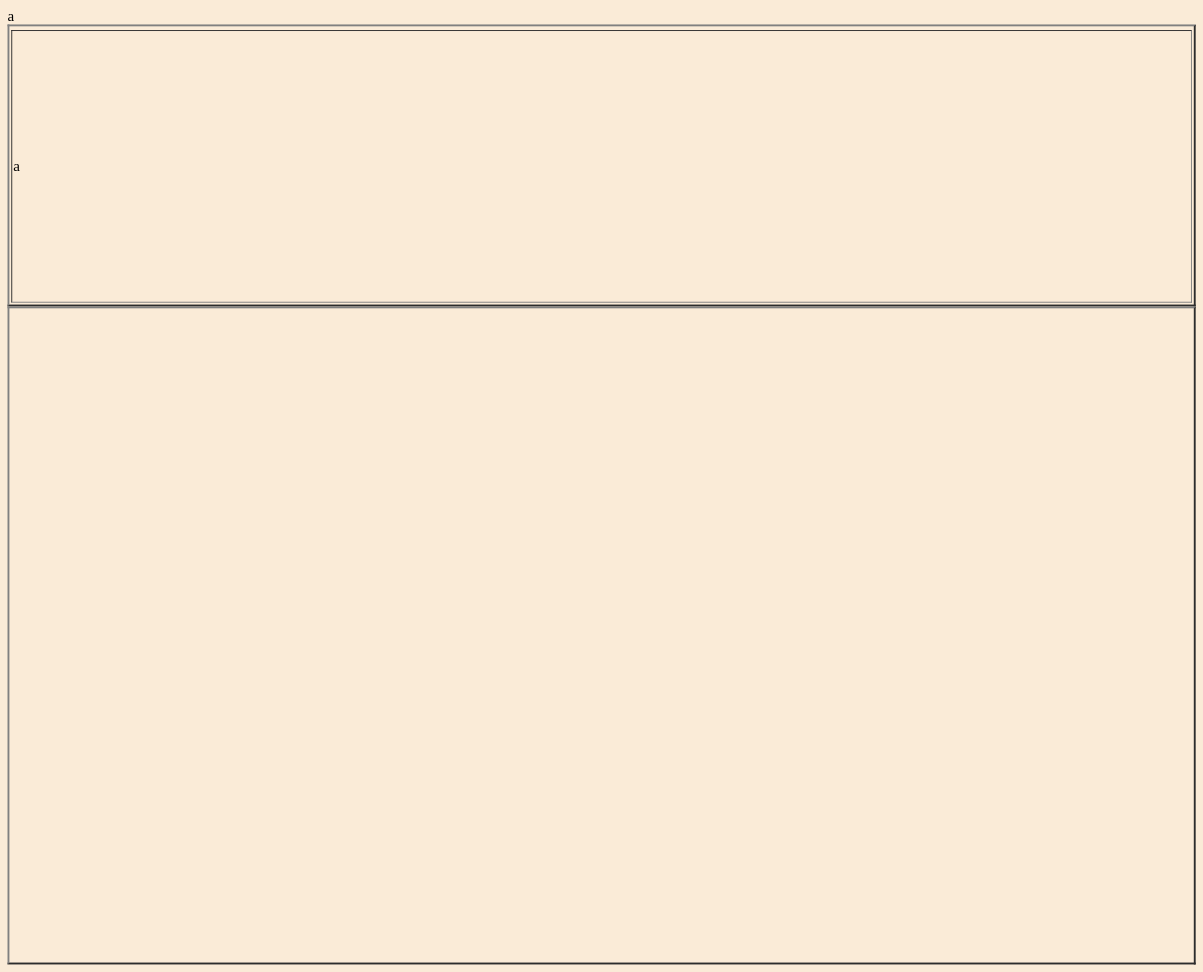
Repository: DAXMZB/Project
Page: http://localhost/SP2/
These files come from the project's save history. The page is drawn as it stood at one moment and after the next save; the edit follows.
The browser window is 1280 px wide. The pictures show the whole page, at 94% of full size.
The page is served by Tomcat 9. Other server files are loaded and not shown.

Above is the page before, as saved 2026-02-04 11:54:44.

### SP2/src/main/webapp/index.jsp
<%@ page language="java" contentType="text/html; charset=UTF-8"
	pageEncoding="UTF-8"%>
<!DOCTYPE html>
<html>
<head>
<meta charset="UTF-8">
<title>Insert title here</title>
<script src="https://code.jquery.com/jquery-3.7.1.min.js"></script>
</head>
<body bgcolor="#faebd7">
	<table width="100%" border="2" align="center" height=300>
		<tr bgcolor=black>a</tr>
		<tr><td>a</td></tr>
	</table>
	<table width="100%" border="2" height=700>
		<tr ></tr>
	</table>
</body>
</html>

After the next save:
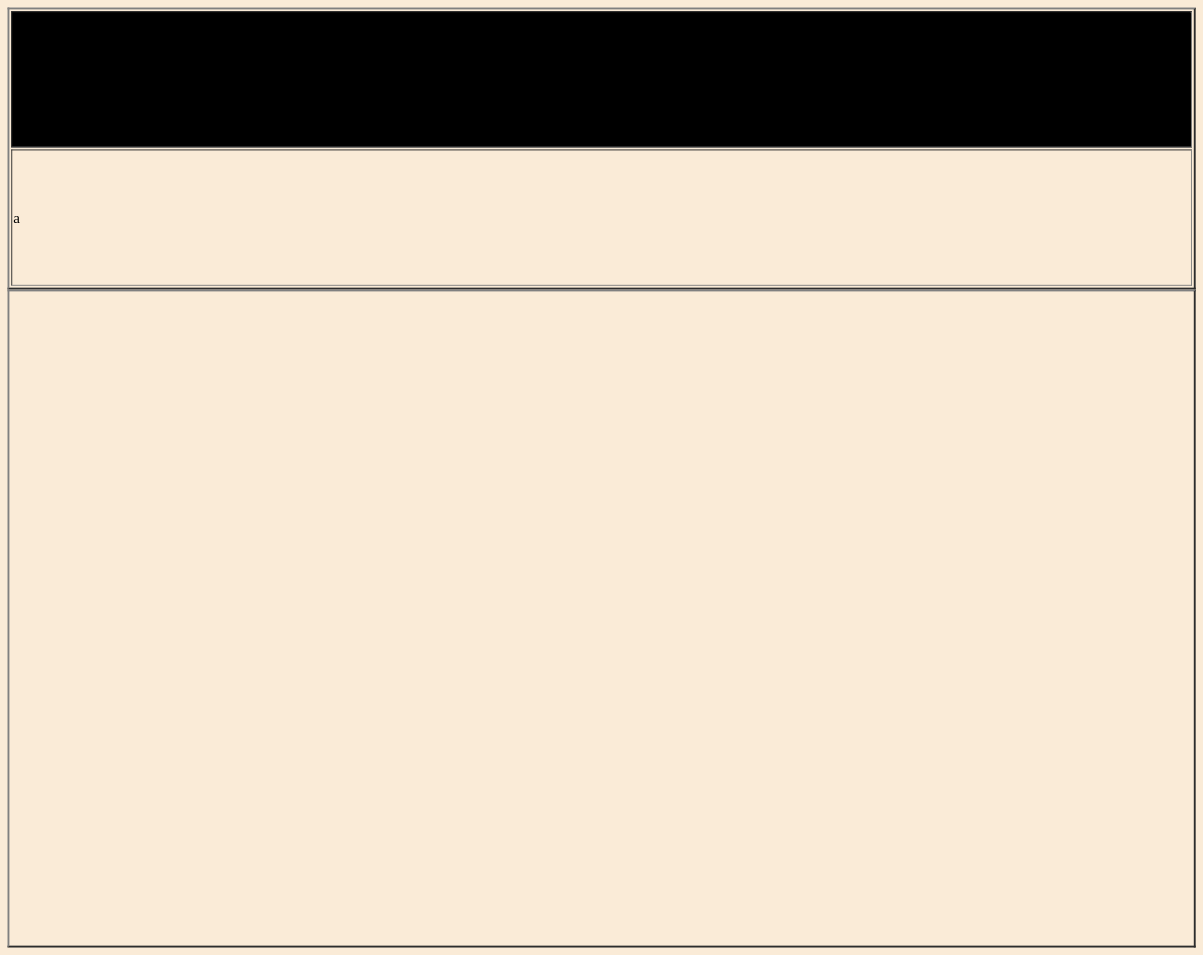
Saved 64 s later.
--- a/SP2/src/main/webapp/index.jsp
+++ b/SP2/src/main/webapp/index.jsp
@@ -9,7 +9,7 @@
 </head>
 <body bgcolor="#faebd7">
 	<table width="100%" border="2" align="center" height=300>
-		<tr bgcolor=black>a</tr>
+		<tr bgcolor=black><td>s</td></tr>
 		<tr><td>a</td></tr>
 	</table>
 	<table width="100%" border="2" height=700>
